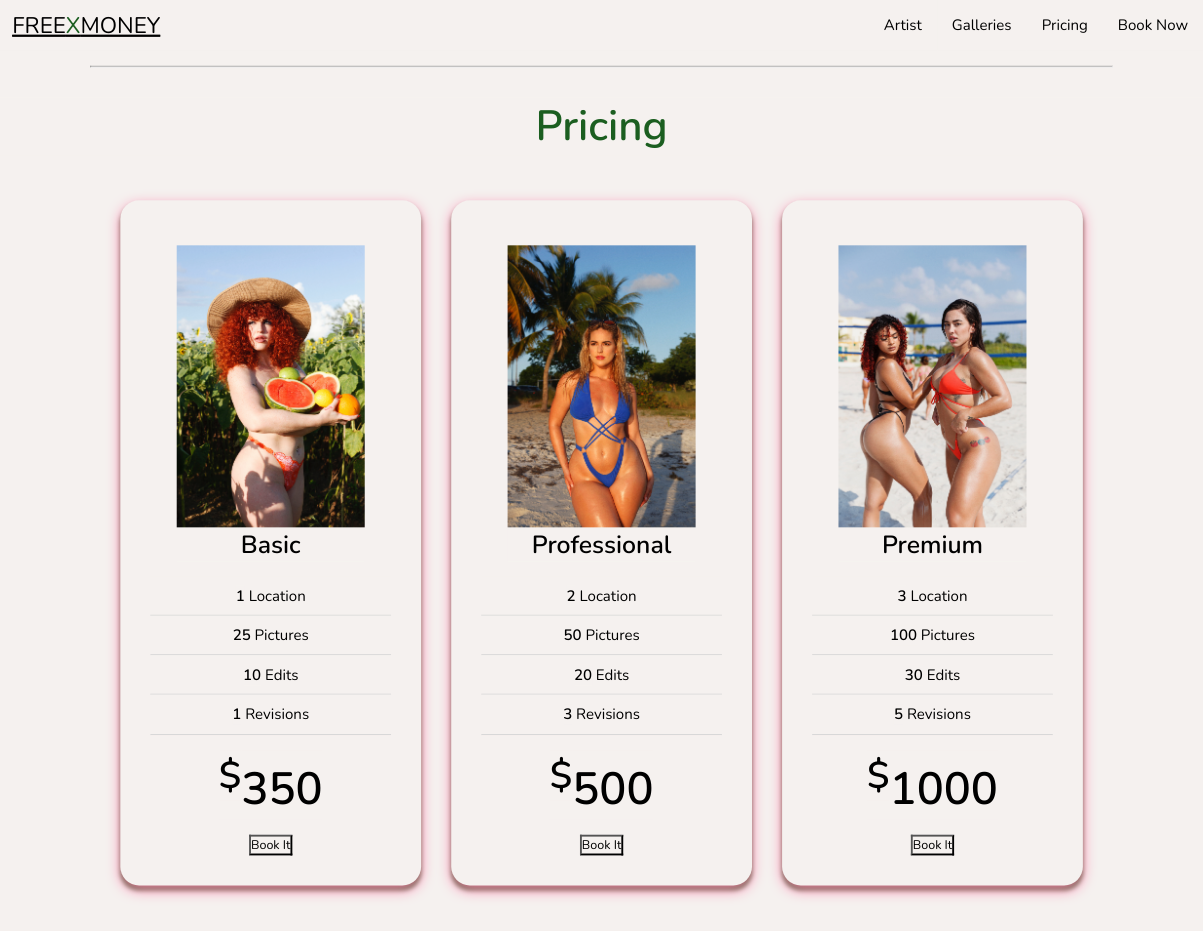
Repository: burntaftermint/freexmoney-draft
Page: price.html
These files come from the project's save history. The page is drawn as it stood at one moment and after the next save; the edit follows.
The browser window is 1280 px wide. The pictures show the whole page, at 94% of full size.
Some web fonts or font styles are not loaded; a fallback is used.

Above is the page before, as saved 2024-06-11 02:14:51.

### price.html
<!DOCTYPE html>
<html lang="en">
<head>
    <meta charset="UTF-8">
    <meta http-equiv="X-UA-Compatible" content="IE=edge">
    <meta name="viewport" content="width=device-width, initial-scale=1.0">
    <script src="script.js" defer></script>
    <title>FREEXMONEY</title>
    <link rel="preconnect" href="https://fonts.googleapis.com">
    <link rel="preconnect" href="https://fonts.gstatic.com" crossorigin>
    <link href="https://fonts.googleapis.com/css2?family=Architects+Daughter&family=Kumbh+Sans:wght@400;700&family=Montserrat:ital,wght@0,100;0,200;0,300;0,400;0,500;0,600;0,700;0,800;0,900;1,100;1,200;1,300;1,400;1,500;1,600;1,700;1,800;1,900&family=Nunito:wght@300;400;500;600&family=Roboto:wght@300&family=Rubik:wght@400;500;600;700;800&family=Yantramanav:wght@500&display=swap" rel="stylesheet">
    <link rel="stylesheet" type="text/css" href="style.css">
</head>
<body>
    <nav class="navbar">
        <div class="nav-title">
            <a href="index.html">FREE<span>X</span>MONEY</a>
        </div>
        <a href="#" class="toggle-button">
            <span class="bar"></span>
            <span class="bar"></span>
            <span class="bar"></span>
        </a>
        <div class="navbar-links">
            <ul>
                <li><a href="artist.html">Artist</a></li>
                <li><a href="gallery.html">Galleries</a></li>
                <li><a href="pricing.html">Pricing</a></li>
                <li><a href="home.html">Book Now</a></li>
            </ul>
        </div>
    </nav>
    <hr>
    <h1 class="galleryh1">Pricing</h1>
    <section class="pricing">
        <div class="card-wrapper">
            <!-- card header -->
            <div class="card-header">
                <img src="images/2.JPG" alt="basic">
                <h2>Basic</h2>
            </div>
            <!-- card detail -->
            <div class="card-detail">
                <p><b>1</b> Location </p>
                <p><b>25</b> Pictures </p>
                <p><b>10</b> Edits </p>
                <p><b>1</b> Revisions </p>

            </div>
            <!-- card price -->
            <div class="card-price">
                <p><sup>$</sup>350</p>
            </div>
            <!-- button -->
            <button class="card-button">Book It</button>
        </div>

        <div class="card-wrapper">
            <!-- card header -->
            <div class="card-header">
                <img src="images/4.JPG" alt="basic">
                <h2>Professional</h2>
            </div>
            <!-- card detail -->
            <div class="card-detail">
                <p><b>2</b> Location </p>
                <p><b>50</b> Pictures </p>
                <p><b>20</b> Edits </p>
                <p><b>3</b> Revisions </p>

            </div>
            <!-- card price -->
            <div class="card-price">
                <p><sup>$</sup>500</p>
            </div>
            <!-- button -->
            <button class="card-button">Book It</button>
        </div>

        <div class="card-wrapper">
            <!-- card header -->
            <div class="card-header">
                <img src="images/11.JPG" alt="basic">
                <h2>Premium</h2>
            </div>
            <!-- card detail -->
            <div class="card-detail">
                <p><b>3</b> Location </p>
                <p><b>100</b> Pictures </p>
                <p><b>30</b> Edits </p>
                <p><b>5</b> Revisions </p>

            </div>
            <!-- card price -->
            <div class="card-price">
                <p><sup>$</sup>1000</p>
            </div>
            <!-- button -->
            <button class="card-button">Book It</button>
        </div>

    </section>

</body>
</html>

### style.css

* {
    margin: 0;
    padding: 0;
    box-sizing: border-box;
    font-family: 'Nunito', sans-serif;
    background-color: #f5f1ef;
}

.container {
    display: flex;
    flex-direction: column;
    justify-content: center;
    align-items: center;
    text-align: center;
    margin: 15px 20px 0 20px;
}

.social-links img {
    width: 50px;

    margin: 20px;
    cursor: pointer;
}

.social-links {
    text-align: center;
}

hr {
    margin: 1rem 6rem 0 6rem;
}


.container .heading {
    width: 50%;
    padding-bottom: 20px;
}

.container .heading h3 {
    font-size: 3em;
    font-weight: 400;
    border-bottom: 3px solid #1b5e20;

}

.container .heading h3 span {
    color: #1b5e20;
    font-weight: 600;
}

.container .box {
    display: flex;
    flex-direction: row;
    justify-content: space-between;

}

.container .box .row1 {
    display: flex;
    flex-direction: column;
    width: 32.5%;
}

.container .box .row1 img {
    width: 100%;
    padding-bottom: 10px;
    animation: fadeInUp 2s ease;
}

.container .box .row1 img:hover{
    opacity: 0.5;
    transition: 0.2s ease;

}

.container .btn {
    margin: 40px 0 70px 0;
    background: #1b5e20;
    padding: 15px 40px ;
    border-radius: 5px;
}


.container .btn a {
    text-decoration: none;
    background-color: transparent;
    color: #f5f5f5;
    font-weight: bolder;
    letter-spacing: 1px;
}

.container .heading a {
    text-decoration: none;
    color: black;
}
.container .heading a:hover {

    color: #f06292;
}

.container .btn a:hover {
    text-decoration: none;
    background-color: transparent;
    color: #f06292;
    font-weight: bolder;

}

/* gallery css */
.gallery-container {
    width: 100%;
    min-height: 100vh;
    display: flex;
    justify-content: center;
    align-items: center;
    padding: 0px 90px;
}

.gallery-content-section {
    display: flex;
    justify-content: center;
    align-items: center;
    text-align: center;
    animation: fadeInRight 2s ease;
}

.gallery-content-section .gallery-card {
    flex: 1;
    margin: 20px 20px;
    box-shadow: 0px 2px 8px 0px rgba(0,0,0,0.2);
    border-radius: 20px;
    box-shadow: 0 5px 14px #fa7fa8, 0 5px 5px #1b5e20;
}

.gallery-content-section .gallery-card:hover {
    transform: scale(1.2);
    cursor: pointer;
}

.gallery-content-section .gallery-card img {
    width: 100%;
    height: auto;
    border-radius: 5px;
}

.gallery-content-section .gallery-card h2 {
    margin: 15px 0px;
    font-size: 28px;
    color: #f06292;
}

.gallery-content-section .gallery-card p {
    font-size: 16px;
    line-height: 1.5;
    padding: 0px 10px;
    margin-bottom: 20px;
}

.galleryh1 {
    text-align: center;
    font-size: 45px;
    color: #1b5e20;
    margin-top: 2rem;
}

/* home css */

.hero {
    background-color: #f5f1ef;
    overflow: hidden;
}

.home-heading h1 {
    color: #1b5e20;
    font-size: 55px;
    text-align: center;
    margin-top: 35px;
    margin-bottom: -30px;
}

.hero-content p {
    font-size: 24px;
    line-height: 1.5;
    margin-bottom: 40px;
    color: rgb(39, 39, 39);
}

.hero-btn {
    display: inline-block;
    background-color: #1b5e20;
    margin-top: -20px;
    padding: 12px 24px;
    border-radius: 5px;
    font-size: 20px;
    border: none;
    cursor: pointer;
    transition: 0.3s ease;
    font-weight: bolder;
    letter-spacing: 1px;
}
.hero-btn a {

    text-decoration: none;
    background-color: transparent;
    color: #f5f5f5;
}
.hero-btn a:hover {

    color: #f06292;
}
.container_home {
    display: flex;
    justify-content: center;
    align-items: center;
    width: 90%;
    margin: 65px auto;
}
.hero-content {
    flex: 1;
    width: 600px;
    margin: 0px 25px;
    animation: fadeInUp 2s ease;
}
.hero-image {
    flex: 1;
    width: 600px;
    margin: auto;
    animation: fadeInRight 2s ease;
}

.hero-content h2 {
    color: #f06292;
    font-size: 38px;
    margin-bottom: 10px;
}

.hero img {
width: 100%;
height: auto;
border-radius: 10px;
}

/* navbar css */
.navbar {
    display: flex;
    justify-content: space-between;
    align-items: center;
    background-color: #f5f1ef;


}

.nav-title {
    background-color: transparent;
    text-decoration: underline;
}
.nav-title a{
    color: black;

}
.nav-title a:hover{
    color: #f06292;
}
.nav-title span{
    background-color: transparent;
    color: #1b5e20;
}

.navbar-links ul {
    margin: 0;
    padding: 0;
    display: flex;
}

.navbar-links li {
    list-style: none;

}

.navbar-links li a {
    text-decoration: none;
    color: black;
    padding: 1rem;
    display: block;



}

.navbar-links li a:hover{
    color: #f06292;
}
.nav-title {
    font-size: 1.5rem;
    margin: .5rem;
    padding-left: 5px;

}

.toggle-button {
    position: absolute;
    top: .75rem;
    right: 1rem;
    display: none;
    flex-direction: column;
    justify-content: space-between;
    width: 30px;
    height: 21px;
}

.toggle-button .bar {
    height: 3px;
    width: 100%;
    background-color: black;
    border-radius: 10px;
}

/* Pricing css */

.pricing {
    display: flex;
    justify-content: center;
    flex-wrap: wrap;
    width: 100%;
    padding: 2rem;
}

.card-header >img {
    width: 200px;
    display: block;
    margin: 0 auto;
}

.card-wrapper {
    display: flex;
    flex-direction: column;
    align-items: center;
    justify-content: center;
    width: 320px;
    height: auto;

    border-radius: 20px;
    box-shadow: 0 5px 14px #fa7fa8, 0 5px 5px #1b5e20;
    padding: 2rem;
    margin: 1rem;
    transition: all 0.2 ease-in;
}

.card-wrapper:hover {
    transform: scale(1.1);

}

.card-wrapper:hover .card-header> h2{
    transform: scale(1.1);
    color: #f06292;
    letter-spacing: 2;
}
.card-header {
    margin: 1rem;
    text-align: center;
    font-size: 1.1rem;

}

.card-detail {
    width: 100%;
    text-align: center;
}

.card-detail > p {
    padding: 0.6rem 1.5rem;
    font-size: 1rem;
    border-bottom: 1px solid #d5d5d5;

}

.card-price {
    display: flex;
    align-items: flex-start;
    margin: 1rem;
}

.card-price > p {
    font-size: 3rem;
    font-weight: 800;

}

.card-price > p > sup,
.card-price . p . sub {
    font-size: 1rem;
}





.pricing-card li {
    background-color: #fa7fa8;
}
.pricing-card strong {
    background-color: #fa7fa8;
}
.pricing-card sup {
    background-color: #fa7fa8;
}

.price {
    background-color: #fa7fa8;
    font-size: 70px;
    color: #f5f1ef;
    margin: 40px 0;
    transition: .2s linear;
}

.price sup, .price span {
    font-size: 22px;
    font-weight: 700;
}









@media only screen and (max-width: 1000px) {
    .gallery-content-section {
        flex-direction: column;
    }

    .pricing-card {
        flex: 50%;

    }

    .pricing-card-header {
        font-size: 10.5px;
    }

    .price {
        font-size: 45px;
    }

    .pricing-card li {
        font-size: 15px;
    }



}




@media only screen and (max-width: 769px) {
    .container .box {
        flex-direction: column;
    }
    .container .box .row1 {
        width: 100%;
    }
    .home-heading h1 {
        font-size: 45px;
        margin-top: 30px;
    }

    .hero {
        margin: 0px;

    }
    .container_home {
        width: 100%;
        flex-direction: column;
        margin: 0px;
        padding: 0px 40px;

    }
    .hero-content {
        width: 100%;
        margin: 35px 0px;
    }
    .hero-content h2 {
        font-size: 30px;

    }
    .hero-content p {
        font-size: 18px;
        margin-bottom: 20px;
    }
    .hero-btn {
        font-size: 16px;
        padding: 8px 16px;

    }
    .hero-image {
        width: 100%;
    }

    .pricing-card {
        flex: 50%;

    }

    .pricing-card-header {
        font-size: 6px;
    }

    .price {
        font-size: 35px;
    }

    .pricing-card li {
        font-size: 15px;
    }


}






@media only screen and (max-width: 718px) {
    .container .heading {
        width: 100%;

    }

    .container .heading h3 {
        font-size: 2.5em;


    }
}

@media only screen and (max-width: 549px) {
    .toggle-button {
        display: flex;

    }
    .navbar-links {
        display: none;
        width: 100%;

    }
    .navbar {
        flex-direction: column;
        align-items: flex-start;
    }

    .navbar-links ul {
        width: 100%;
        flex-direction: column;
    }

    .navbar-links li {
        text-align: center;
    }

    .navbar-links li a {
        padding: .3rem .7rem;
    }

    .navbar-links.active {
        display: flex;
    }
}

@media only screen and (max-width: 510px) {
    .gallery-card {
        width: 150%;

    }
}

@media only screen and (max-width: 400px) {
    .pricingh1 {
        margin-bottom: -175px;
    }
}

@keyframes fadeInUp {
    0% {
        opacity: 0;
        transform: translateY(50px);
    }
    100% {
        opacity: 1;
        transform: translateY(0px);
    }
}


@keyframes fadeInRight {
    0% {
        opacity: 0;
        transform: translateX(-50px);
    }
    100% {
        opacity: 1;
        transform: translateX(0px);
    }
}

Loaded but not shown: script.js (common file)

After the next save:
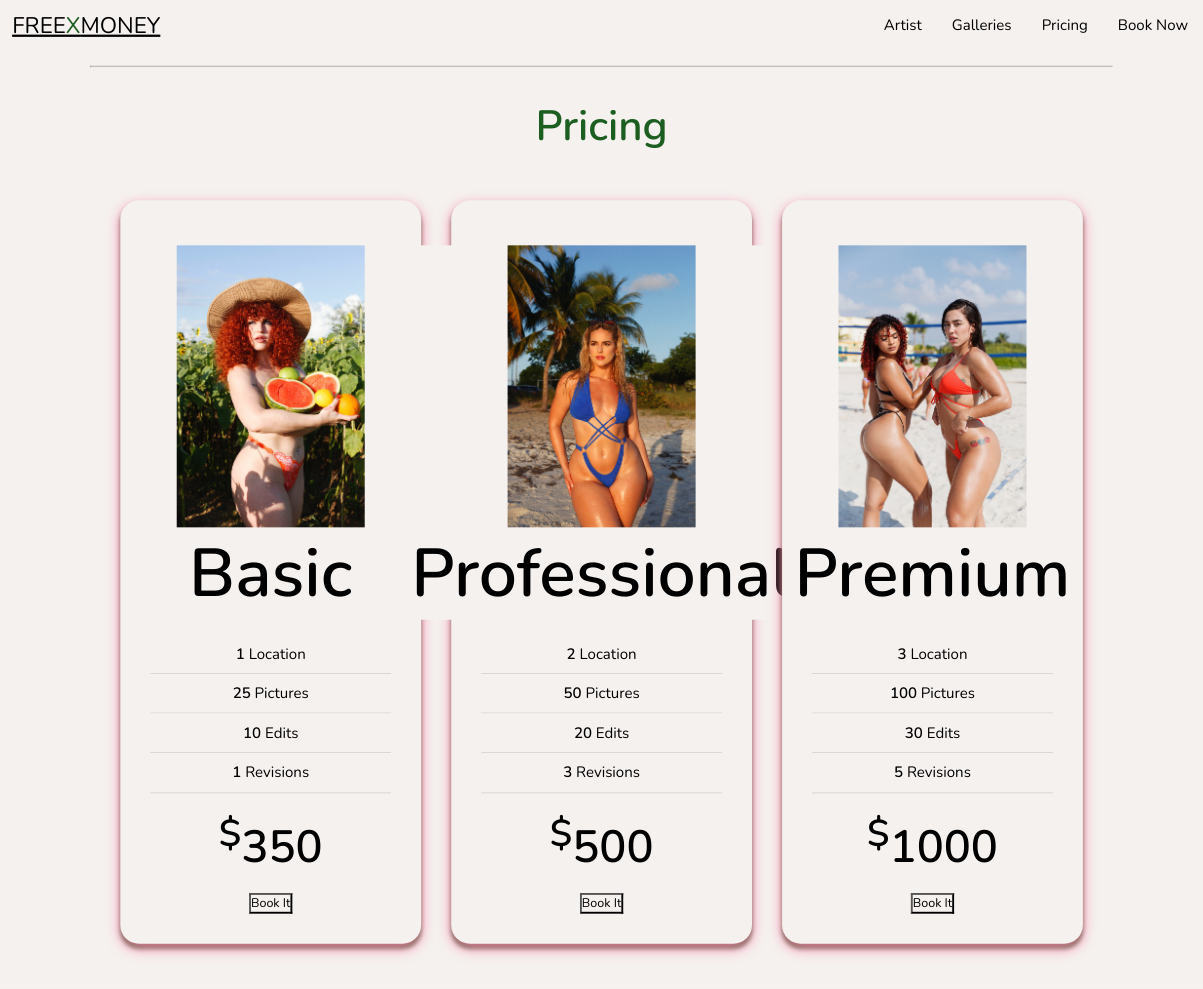
Saved 10 s later.
--- a/style.css
+++ b/style.css
@@ -360,7 +360,7 @@ border-radius: 10px;
 .card-header {
     margin: 1rem;
     text-align: center;
-    font-size: 1.1rem;
+    font-size: 3rem;
 
 }
 
